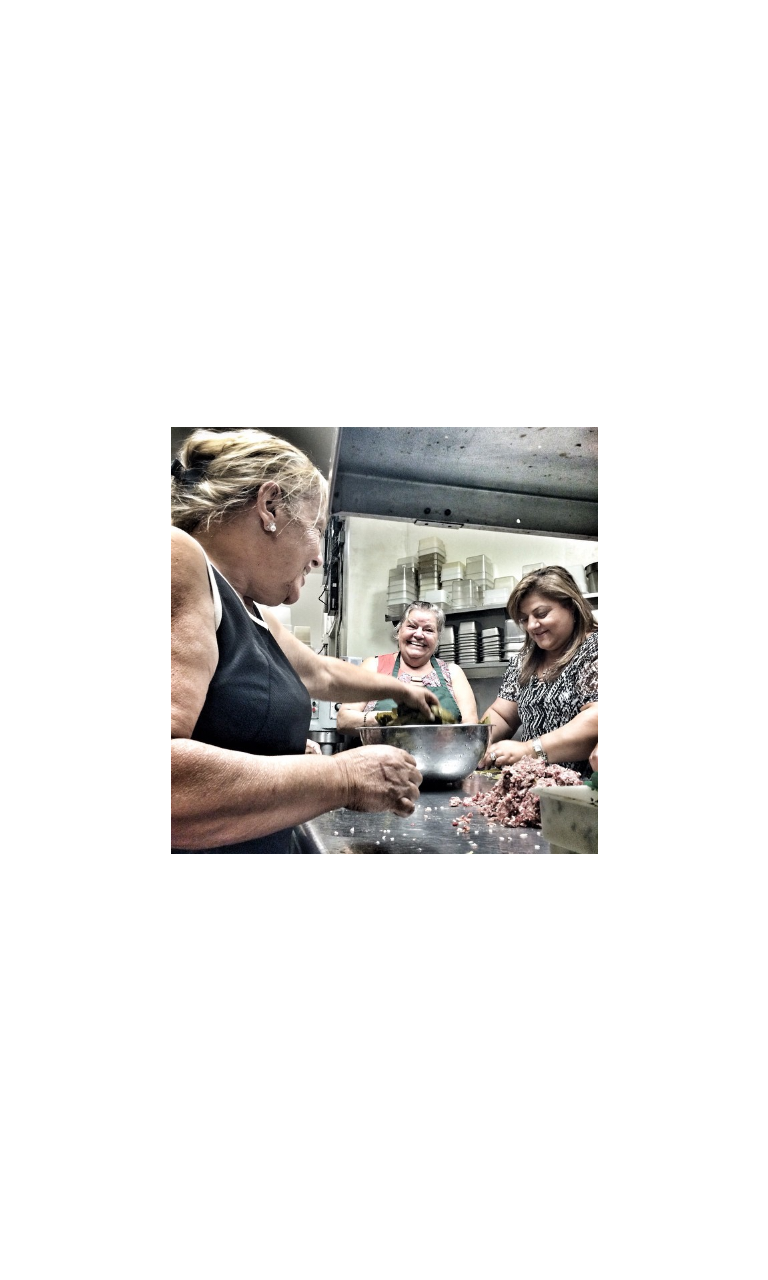
Repository: cpoole/itp341
Layout: Final.Project.poole.connor/res/layout/parallax_header.xml
These files come from the project's save history. The layout is drawn as it stood at one moment and after the next save; the edit follows.
It is drawn on a 768 x 1280 px phone screen (xhdpi) without system bars, with theme AppTheme; the app's code is not run. The app's manifest (not shown) leaves right-to-left support off. So textAlignment, textDirection and layoutDirection are ignored, and left and right values win over start and end ones.

Above is the layout before, as saved 2014-12-12 07:20:29.

After the next save:
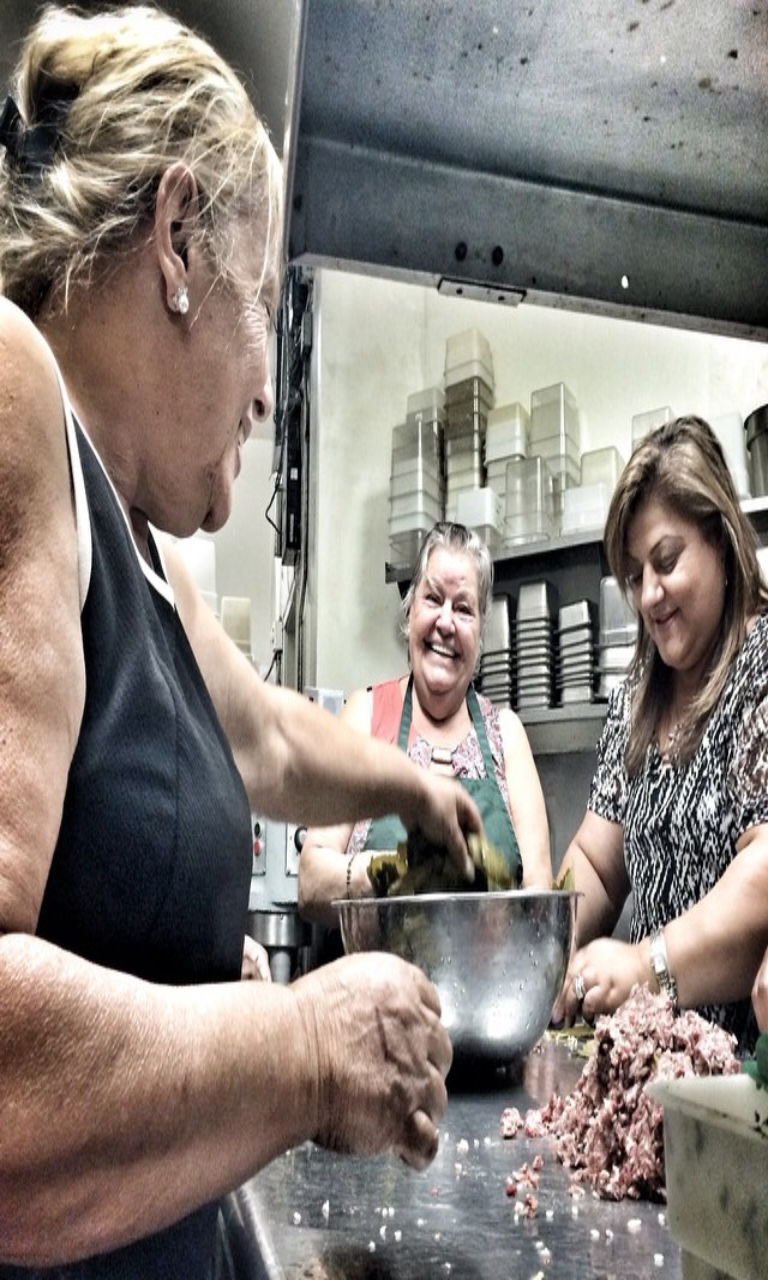
Saved 34 s later.
--- a/Final.Project.poole.connor/res/layout/parallax_header.xml
+++ b/Final.Project.poole.connor/res/layout/parallax_header.xml
@@ -12,6 +12,5 @@
         android:layout_alignParentEnd="true"
         android:layout_centerHorizontal="true"
         android:src="@drawable/bg3"
-        android:adjustViewBounds="true"
-        android:scaleType="center" />
+        android:scaleType="fitXY" />
 </RelativeLayout>
